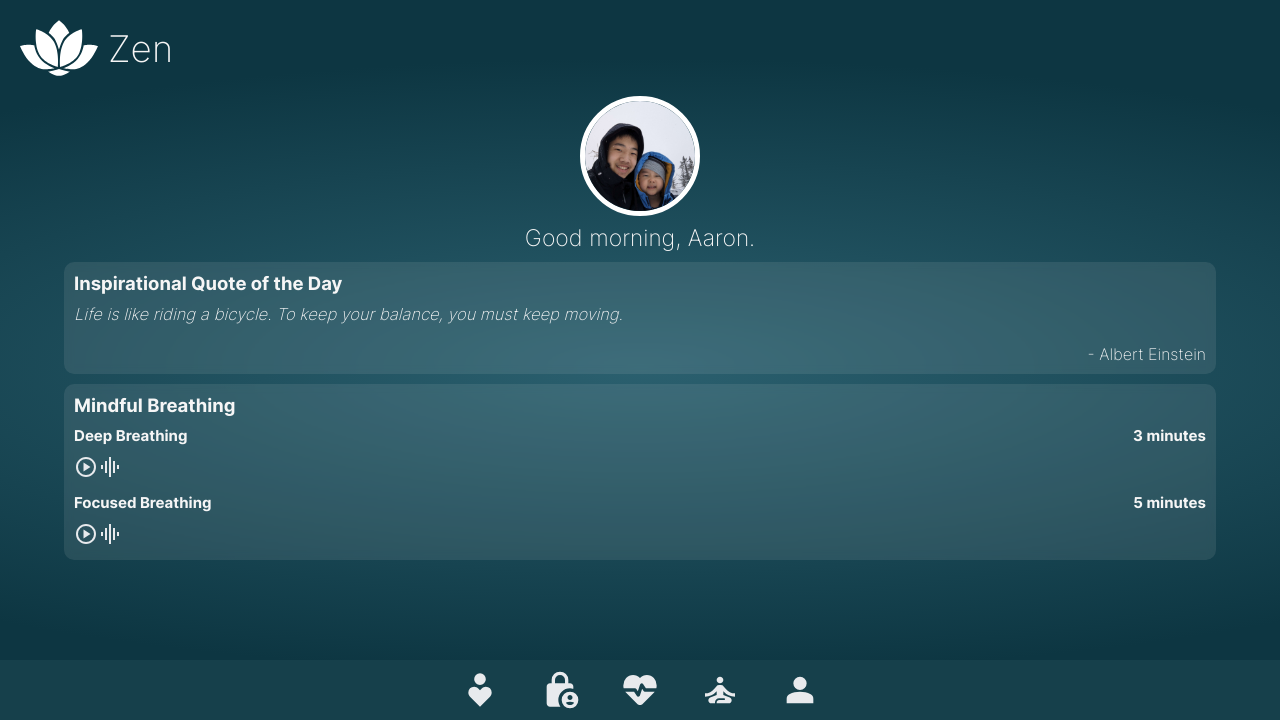
Repository: aaronw-dev/Zen
Page: mindful_dashboard.html
The author's editor kept a copy of each file at every save. The page is drawn from the files as they stood at one save, then again after a run of saves.
The browser window is 1280 px wide. The pictures show the whole page.

Above is the page before, as saved 2024-06-08 15:12:06.

After the next 5 saves:
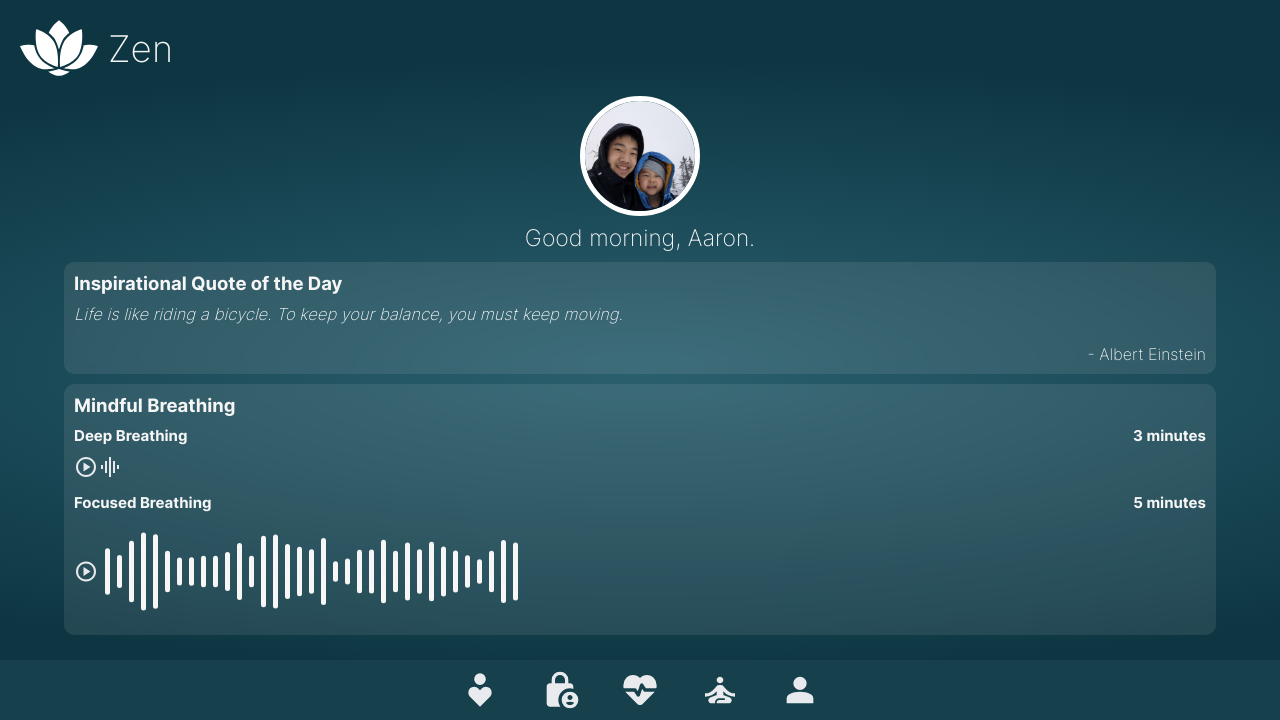
The 5 saves are shown as one change because they came seconds apart.
The last was saved 86 s later.
--- a/mindful_dashboard.html
+++ b/mindful_dashboard.html
@@ -45,7 +45,7 @@
                 </div>
                 <div class="mindful-audio">
                     <img class="audio-play" src="../static/icons/play.svg">
-                    <img class="audio-wave"src="../static/icons/audio.svg">
+                    <img class="audio-wave"src="../static/images/waveform1.svg">
                 </div>
             </div>
         </div>
